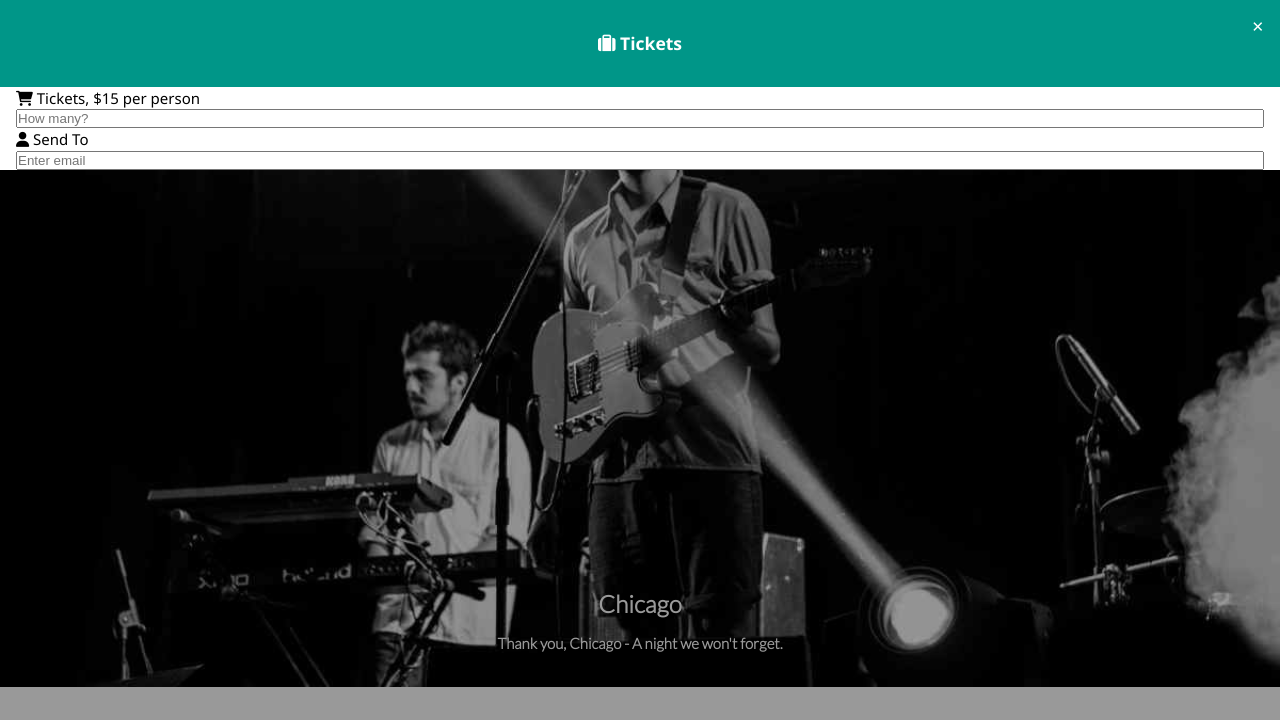
Repository: vanmanhAI/project-03-w3
Page: index.html
The author's editor kept a copy of each file at every save. The page is drawn from the files as they stood at one save, then again after a run of saves.
The browser window is 1280 px wide. The pictures show the window.
A layer covers the whole window, so only the first screen is drawn. Some web libraries are served in a nearby version.

Above is the page before, as saved 2022-07-11 16:19:33.

### index.html
<!DOCTYPE html>
<html lang="en">
<head>
    <meta charset="UTF-8">
    <meta http-equiv="X-UA-Compatible" content="IE=edge">
    <meta name="viewport" content="width=device-width, initial-scale=1.0">
    <title>Document</title>
    <link rel="stylesheet" href="./assets/css/style.css">
    <!-- icons -->
    <link rel="stylesheet" href="https://cdnjs.cloudflare.com/ajax/libs/font-awesome/6.1.1/css/all.min.css" integrity="sha512-KfkfwYDsLkIlwQp6LFnl8zNdLGxu9YAA1QvwINks4PhcElQSvqcyVLLD9aMhXd13uQjoXtEKNosOWaZqXgel0g==" crossorigin="anonymous" referrerpolicy="no-referrer" />
    <!-- font -->
    <link rel="preconnect" href="https://fonts.googleapis.com">
<link rel="preconnect" href="https://fonts.gstatic.com" crossorigin>
<link href="https://fonts.googleapis.com/css2?family=Lato:wght@300&display=swap" rel="stylesheet">
</head>
<body>
    <div id="main">
        <div id="header">
            <ul id="nav">
                <li><a href="#">home</a></li>
                <li><a href="#content-band">band</a></li>
                <li><a href="#content-tour">tour</a></li>
                <li><a href="#">contact</a></li>
                <li>
                    <a href="#">
                        more
                        <i class="fa-solid fa-caret-down subnav-caret"></i>
                    </a>
                    <ul class="subnav">
                        <li><a href="#">merchandise</a></li>
                        <li><a href="#">extras</a></li>
                        <li><a href="#">media</a></li>
                    </ul>
                </li>
            </ul>
            <i class="fa-solid fa-magnifying-glass header-search"></i>
        </div>

        <div id="slider">
            <div class="slider-desc">
                <h3 class="slider-name">chicago</h3>
                <b class="slider-content">Thank you, Chicago - A night we won't forget.</b>
            </div>
        </div>

        <div id="content">
            <div class="content-section" id="content-band">
                <h3 class="section-heading" >the band</h3>
                <p class="section-sub-heading">We love music</p>
                <p class="about">We have created a fictional band website. Lorem ipsum dolor sit amet, consectetur adipiscing elit, sed do eiusmod tempor incididunt ut labore et dolore magna aliqua. Ut enim ad minim veniam, quis nostrud exercitation ullamco laboris nisi ut aliquip ex ea commodo consequat. Duis aute irure dolor in reprehenderit in voluptate velit esse cillum dolore eu fugiat nulla pariatur. Excepteur sint occaecat cupidatat non proident, sunt in culpa qui officia deserunt mollit anim id est laborum consectetur adipiscing elit, sed do eiusmod tempor incididunt ut labore et dolore magna aliqua. Ut enim ad minim veniam, quis nostrud exercitation ullamco laboris nisi ut aliquip ex ea commodo consequat.</p>
                <div class="members-list">
                    <div class="member-item">
                        <p class="member-name">name</p>
                        <img src="./assets/img/Band/member1.jpg" alt="name" class="member-img">
                    </div>
                    <div class="member-item">
                        <p class="member-name">name</p>
                        <img src="./assets/img/Band/member1.jpg" alt="name" class="member-img">
                    </div>
                    <div class="member-item">
                        <p class="member-name">name</p>
                        <img src="./assets/img/Band/member1.jpg" alt="name" class="member-img">
                    </div>
                </div>
            </div>
            <div class="tour-section">
                <div class="content-section" id="content-tour">
                    <h3 class="section-heading text-white">tour dates</h3>
                    <p class="section-sub-heading text-white">Remember to book your tickets!</p>
                    <br>
                    <ul class="tickets-list">
                        <li>September <span class="sold-out">Sod out</span></li>
                        <li>October <span class="sold-out">Sold out</span></li>
                        <li>November <span class="quantity">3</span></li>
                    </ul>
                    <div class="places-list">
                        <div class="place-item">
                            <img src="./assets/img/Places/newyork.jpg" alt="New York" class="place-img">
                            <div class="place-body">
                                <h4 class="place-heading">new york</h4>
                                <p class="place-time">Fri 27 Nov 2016</p>
                                <p class="place-desc">Praesent tincidunt sed tellus ut rutrum sed vitae justo.</p>
                                <a href="#" class="place-buy-btn">Buy Tickets</a>
                            </div>
                        </div>
                        <div class="place-item">
                            <img src="./assets/img/Places/paris.jpg" alt="Paris" class="place-img">
                            <div class="place-body">
                                <h4 class="place-heading">paris</h4>
                                <p class="place-time">Sat 28 Nov 2016</p>
                                <p class="place-desc">Praesent tincidunt sed tellus ut rutrum sed vitae justo.</p>
                                <a href="#" class="place-buy-btn">Buy Tickets</a>
                            </div>
                        </div>
                        <div class="place-item">
                            <img src="./assets/img/Places/sanfran.jpg" alt="San Francisco" class="place-img">
                            <div class="place-body">
                                <h4 class="place-heading">san francisco</h4>
                                <p class="place-time">Sun 29 Nov 2016</p>
                                <p class="place-desc">Praesent tincidunt sed tellus ut rutrum sed vitae justo.</p>
                                <a href="#" class="place-buy-btn">Buy Tickets</a>
                            </div>
                        </div>
                    </div>
                </div>
            </div>
            <div class="content-section">
                <h3 class="section-heading">contact</h3>
                <p class="section-sub-heading">Fan? Drop a note!</p>
            </div>
        </div>
        <div id="footer"></div>
    </div>
    <div class="modal">
        <div class="modal-container">
            <div class="modal-header">
                <span class="modal-close">✕</span>
                <h3 class="modal-heading">
                    <i class="fa-solid fa-suitcase modal-bag"></i>
                    Tickets
                </h3>
            </div>
            <div class="modal-body">
                <label for="" class="modal-label">
                    <i class="fa-solid fa-cart-shopping modal-shopping"></i>
                    Tickets, $15 per person
                </label>
                <input type="text" name="" id="" placeholder="How many?" class="modal-input">
                <label for="" class="modal-label">
                    <i class="fa-solid fa-user modal-user"></i>
                    Send To
                </label>
                <input type="text" name="" id="" placeholder="Enter email" class="modal-input">
            </div>
        </div>
    </div>
</body>
</html>

### assets/css/style.css
* {
    padding: 0;
    margin: 0;
    box-sizing: border-box;
}
html {
    font-size: 62.5%;
}
:root {
    --lineheight-nav: 2.25rem;
    --padding-nav: 1.2rem;
}
.text-white {
    color: #fff;
}
#main {

}
#header {
    position: fixed;
    z-index: 1;
    top: 0;
    left: 0;
    right: 0;
    background: #000;
    font-size: 1.5rem;
    font-family: 'Lato', sans-serif;
    font-weight: bold;
    line-height: var(--lineheight-nav);
}
#header:after {
    content: "";
    display: block;
    clear: both;
}
#header .header-search {
    color: #fff;
    display: block;
    float: right;
    padding: var(--padding-nav) 2.4rem;
    line-height: var(--lineheight-nav);
    cursor: pointer;
}
#header .header-search:hover {
    background: #f44336
}
#header #nav>li {
    position: relative;
    text-align: center;
    cursor: pointer;
    float: left;
}
#header #nav>li>a {
    display: block;
    padding: var(--padding-nav) 2.4rem;
}
#header #nav>li:last-child:hover .subnav {
    width: 16rem;
}
#header #nav li:hover {
    background: #ccc;
}
#header #nav>li:hover>a {
    color: #000;
}
#nav li {
    list-style-type: none;
    position: relative;
}
#nav li .subnav-caret {
    text-transform: none;
    text-align: center;
}
#nav li a {
    color: #fff;
    text-decoration: none;
    text-transform: uppercase;
}
#nav .subnav {
    position: absolute;
    width: 0;
    overflow: hidden;
    top: 100%;
    left: 0;
    background: #fff;
    color: #000;
    box-shadow: 0 0 4px 0 #ccc;
    transition: width 0.3s linear;
}
#nav .subnav li {
    padding: 0.8rem 1.6rem;
    text-align: left;
    min-width: 16rem;
}
#nav .subnav li a {
    color: #000;
    text-transform: capitalize;
}
#slider {
    position: relative;
    margin-top: calc(var(--lineheight-nav) + 2*var(--padding-nav));
    background: #ccc;
    padding-top: 50%;
    max-height: 100vh;
    background: url('/assets/img/sliders/chicago.jpg') top/cover no-repeat
}
.slider-desc{
    position: absolute;
    bottom: 0;
    left: 50%;
    transform: translatex(-50%);
    color: #fff;
    padding: 3.2rem 1.6rem;
    text-align: center;
    font-size: 1.5rem;
    font-family: 'Lato', sans-serif;

}
.slider-name{
    text-transform: capitalize;
    font-size: 2.4rem;
    line-height: 3.6rem;
    margin: 1rem 0;
}
.slider-content{
    line-height: 1.5;
    font-size: 1.5rem;
}
#content {
    line-height: 1.5;
}
#content .content-section {
    max-width: 80rem;
    margin: 0 auto;
    padding: 6.4rem 1.6rem;
    font-size: 1.5rem;
    font-family: 'Lato', sans-serif;
}
#content .section-heading {
    font-size: 3rem;
    text-transform: uppercase;
    line-height: 4.5rem;
    margin: 1rem 0;
    text-align: center;
    letter-spacing: 0.4rem;
    font-family: "Segoe UI",Arial,sans-serif;
    font-weight: 400;
}
#content .section-sub-heading {
    text-align: center;
    font-style: italic;
    font-weight: 100;
    margin: 1.5rem 0;
}
#content .content-section .about {
    text-align: justify;
    font-weight: bold;
    margin: 1.5rem 0;
    word-spacing: 0.1rem;
}
#content .members-list {
    padding: 3.2rem 0;
    text-align: center;
}
#content .members-list:after {
    content: "";
    display: block;
    clear: both;
}
#content .member-item{
    float: left;
    width: calc(100%/3);
}
#content .members-list .member-name {
    margin: 1.5rem 0;
    text-transform: capitalize;
    font-weight: bold;
}
#content .members-list .member-img{
    width: 60%;
    border-radius: 0.4rem;
    margin: 0 0 1.6rem;
}
#content .tour-section {
    background: #000;
}
#content .tour-section .tickets-list {
    background: #fff;
    list-style-type: none;
}
#content .tickets-list li {
    padding: 0.8rem 1.6rem;
}
#content .tickets-list .sold-out {
    display: inline-block;
    padding: 0 0.8rem;
    color: #fff;
    background: #f44336;
    margin-left: 1.6rem;
    text-align: center;
    font-weight: bold;
}
#content .tickets-list .quantity {
    display: block;
    padding: 0 0.8rem;
    background: #000;
    color: #fff;
    border-radius: 50%;
    float: right;
    margin-right: 1.6rem;
}
#content .places-list {
    padding: 3.2rem 0.8rem;
    margin: 0 -1.6rem;
}
#content .places-list:after {
    content: "";
    display: block;
    clear: both;
}
#content .places-list .place-item {
    width: calc(100%/3);
    float: left;
    padding: 0 0.8rem 1.6rem;
}
#content .places-list .place-img {
    width: 100%;
    vertical-align: middle;
}
#content .places-list .place-img:hover {
    opacity: 0.6;
}
#content .places-list .place-body{
    background: #fff;
    padding: 0.015rem 1.6rem;
}
#content .places-list .place-heading{
    margin: 1.5rem 0;
    text-transform: capitalize;
    font-weight: 700;
}
#content .places-list .place-time{
    margin: 1.5rem 0;
}
#content .places-list .place-desc{
    margin: 1.5rem 0;
    font-weight: bold;
}
#content .places-list .place-buy-btn{
    display: inline-block;
    padding: 0.8rem 1.6rem;
    text-decoration: none;
    background: #000;
    color: #fff;
    margin-bottom: 1.6rem;
    font-weight: bold;
}
#content .places-list .place-buy-btn:hover {
    background: #ccc;
    color: #000;
}
.modal {
    position: fixed;
    z-index: 3;
    top: 0;
    left: 0;
    right: 0;
    bottom: 0;
    background: rgba(0, 0, 0, 0.4);
    font-size: 1.5rem;
    font-family: "Segoe UI",Arial,sans-serif;
    line-height: 2.25rem;
}
.modal-container {

}
.modal .modal-container .modal-header {
    position: relative;
    color: #fff;
    background: #009688;
    text-align: center;
    padding: 3.2rem 1.6rem;
}
.modal .modal-header .modal-close {
    position: absolute;
    top: 0;
    right: 0;
    line-height: 3.6rem;
    padding: 0.8rem 1.6rem;
}
.modal .modal-header .modal-close:hover {
    background: #ccc;
    color: #000;
}
.modal .modal-header .modal-heading {
    font-weight: 600;
}
.modal-bag {

}
.modal .modal-container .modal-body {
    padding: 0.015rem 1.6rem;
    background: #fff;
}
.modal .modal-body .modal-label {
    display: block;
}
.modal-shopping {

}
.modal .modal-body .modal-input {
    display: block;
    width: 100%;
}
.modal-user {

}
.footer {

}

After the next 3 saves:
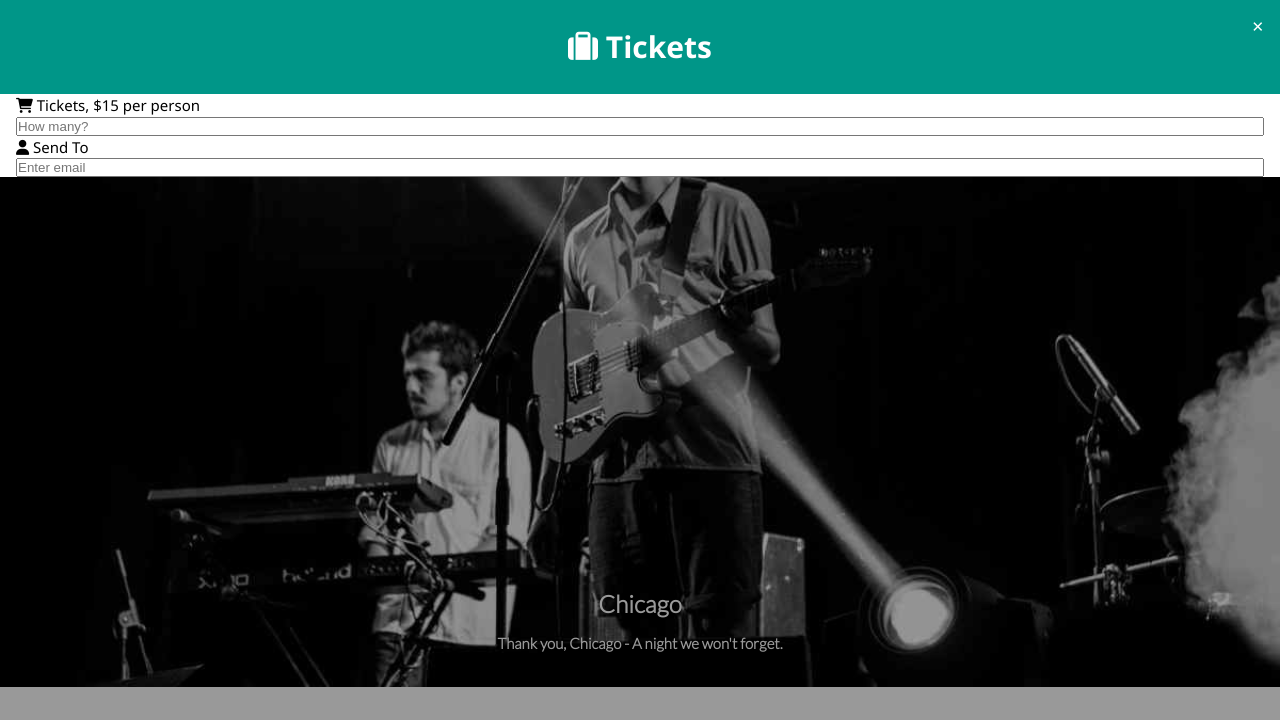
The 3 saves are shown as one change because they came seconds apart.
The last was saved 2 min 19 s later.
--- a/assets/css/style.css
+++ b/assets/css/style.css
@@ -294,6 +294,7 @@ html {
 }
 .modal .modal-header .modal-heading {
     font-weight: 600;
+    font-size: 3rem;
 }
 .modal-bag {
 
